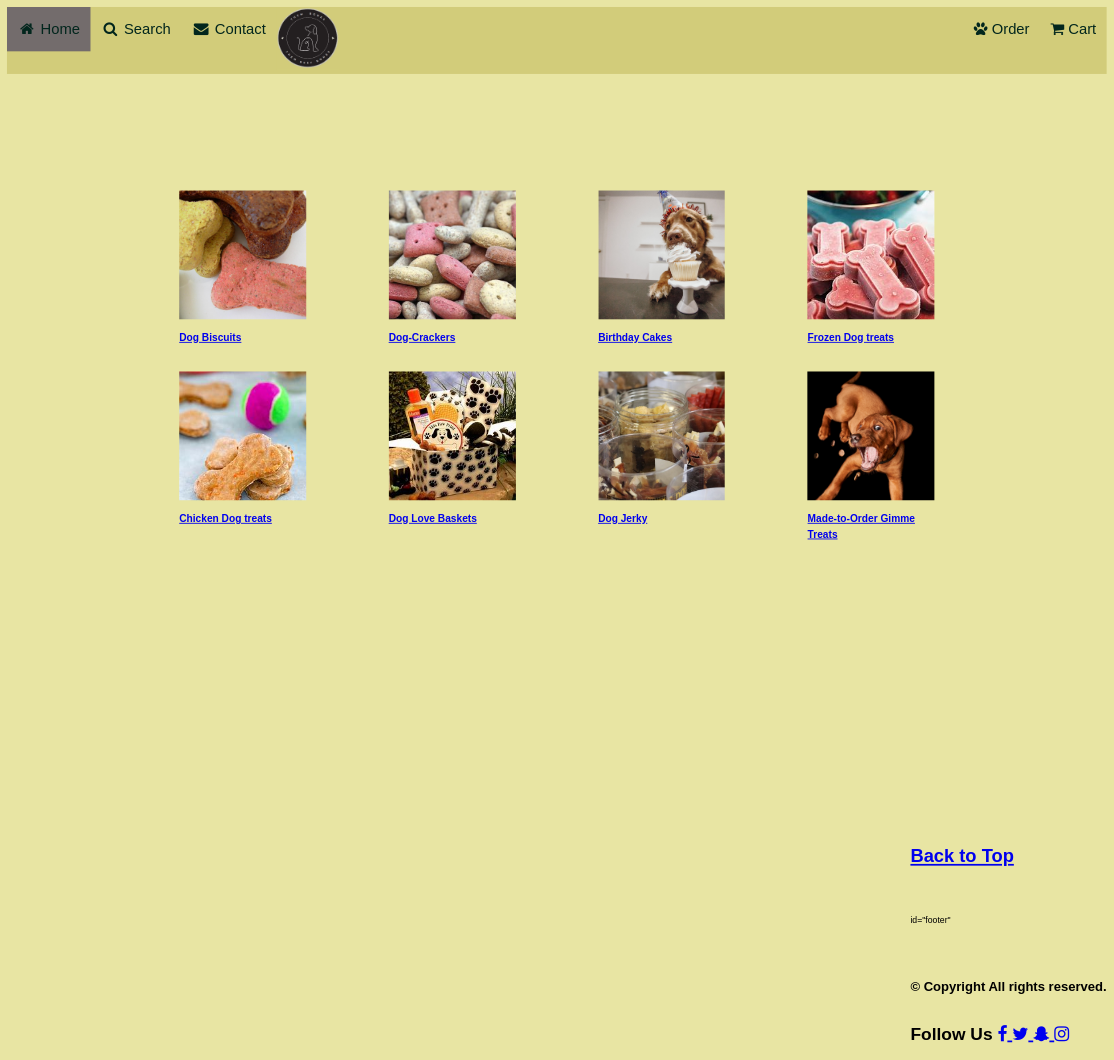
Repository: vgoins-RA2022/HTML-1
Page: index.html
The author's editor kept a copy of each file at every save. The page is drawn from the files as they stood at one save, then again after the next save.
The browser window is 1280 px wide. The pictures show the whole page, at 87% of full size.

Above is the page before, as saved 2023-01-21 18:46:00.

### index.html
<!DOCTYPE html>
<html lang="en">

<head>
  <meta charset="UTF-8">
  <meta name="viewport" content="width=device-width, initial-scale=1">
  <link rel="stylesheet" href="https://cdnjs.cloudflare.com/ajax/libs/font-awesome/4.7.0/css/font-awesome.min.css">
  <link rel="stylesheet" href="../HTML-1/src/css/Style.css" type="text/css">
  <title>Simple HTML Assignment 1</title>
</head>

<header>
    <!-- setup top navigator bar. position logo, home and contact navators on the left-->
    <div class="navbar" float: left>
      <img src="src/img/them-bones-logo.png" alt="them-bones-logo" class="logo" >
      <a class="active" href="#"><i class="fa fa-fw fa-home"></i> Home</a>
      <a href="#"><i class="fa fa-fw fa-search"></i> Search</a>
      <a href="#"><i class="fa fa-fw fa-envelope"></i> Contact</a>
      <!-- position order and cart navigators on the right -->
    <div class="right"><a href="#"><i class="fa fa-paw" aria-hidden="true"></i> Order</a>
    <div class="right"><a href="#"><i class="fa fa-shopping-cart" aria-hidden="true"></i> Cart</a>
    </div>
  </header>

<body>
  <div class="container">
     <!-- set of store gallery of self-contained items enclosed in the figure tags  -->
    <div class="gallery">

      <figure class="gallery__item gallery__item--1">
            <img src="src/img/animal-dog- biscuits.jpg" alt="animal-dog-biscuits" class="gallery__img" >
              <h3 class= image-text>
                <h3><a href="#">Dog Biscuits</a></h3>
              </h3>
        </figure>
        <figure class="gallery__item gallery__item--2">
            <img src="src/img/animal-dog- crackers.jpg" alt="animal-dog-crackers" class="gallery__img">
                <h3 class= image-text>
                  <h3><a href="#">Dog-Crackers</a></h3>
                </h3>

        </figure>
        <figure class="gallery__item gallery__item--3">
            <img src="src/img/dog-happy-birthday.jpg" alt="dog-happy-birthday" class="gallery__img">
              <h3 class= image-text></h3>
                <h3><a href="#">Birthday Cakes</a></h3>
               </h3>
        </figure>
        <figure class="gallery__item gallery__item--4">
            <img src="src/img/frozen-dog-treats.jpg" alt="frozen-dog-treats" class="gallery__img">
              <h3 class= image-text>
                 <h3><a href="#">Frozen Dog treats</a></h3>
              </h3>
        </figure>
        <figure class="gallery__item gallery__item--5">
            <img src="src/img/chicken-dog-treat.jpg" alt="chicken-dog-treats" class="gallery__img">
              <h3 class= image-text>
                <h3><a href="#">Chicken Dog treats</a></h3>
              </h3>
        </figure>
        <figure class="gallery__item gallery__item--6">
            <img src="src/img/doggy-love-basket.jpg" alt="doggy-love-basket" class="gallery__img">
            <h3 class= image-text>
            <h3><a href="#">Dog Love Baskets</a></h3>
            </h3>
        </figure>
        <figure class="gallery__item gallery__item--7">
            <img src="src/img/Dog-jerkey.png" alt="dog-jerky" class="gallery__img">
            <h3 class= image-text>
              <a href="#">Dog Jerky</a></h3>
            </h3>
        </figure>
        <figure class="gallery__item gallery__item--8">
          <img src="src/img/gimme-dog treats.jpg" alt="gimme-dog-treats" class="gallery__img">
          <h3 class= image-text>
            <a href="#">Made-to-Order Gimme Treats</a>
          </h3>
        </figure>

      </div>
  </div>

  <a href="#" class="button">
    <div class="right"><span class="label"><h3>Back to Top</h3></span>
  </a>
</body>

<footer>
  <div> id="footer"</div>  <!-- footer id attribute -->

  <!-- setup navigator bar in the footer of copywright and social media icons -->
  <div class="right"></div>
  <div id=</div>
  <p class="copyright"> <h2>&copy; Copyright All rights reserved.</h2> </p>
    <div class="left">
      <h1>Follow Us
      <a href="#"><i class="fa fa-facebook"></i> </a>
      <a href="#"><i class="fa fa-twitter"></i> </a>
      <a href="#"><i class="fa fa-snapchat-ghost"></i> </a>
      <a href="#"><i class="fa fa-instagram"></i> </a>
      </h1>
    </div>

  </footer>
</html>

### src/css/Style.css

/* align navigation bar items */
.left-menu {
  grid-column: 1;
}
.right-menu {
  grid-column: -1;
}
/* format logo position, width and height */
.logo {
  grid-column: 3;
  grid-area: logo;
  place-self: center;
  width: 10vh;
  height: 10vh;
  justify-self: center;
  background-color:#d2cc7a;
}

/* style the navigation bar */
.navbar a {
float: left;
padding-top: 70px;
padding: 12px;
color: #02261d;
text-decoration: none;
font-size: 17px;
}
/* set the size of the images */
img {
  width: 400px;
  height: 80px;
}
/* change color of navigation item when cursor hovers */
.navbar a:hover {
background-color: #8e8c8c;
}
.active {
background-color: #736c6c;
}
.left {
  float: left;
}

.right {
  float: right;
 }

.navbar a {
    float: left;
    display: block;
}

.navbar {
    width: 100%;
    background-color: #d2cc7a;
    overflow: auto;
}

.logo img {
    display: inline-block;
    vertical-align: top;
    width: 50px;
    height: 50px;
    margin-right: 20px;
    margin-top: 15px;
}



html {
  box-sizing: border-box;
  font-size: 62.5%;
}

body {
  font-family: "Nunito", sans-serif;
  background-color: rgba(216, 212, 98, 0.585);
  font-weight: 300;
  line-height: 1.6;
}

.container {
  width: 75%;
  margin: 2rem auto;
}

.gallery {
  display: grid;
  grid-template-columns: repeat(8, 1fr);
  grid-template-rows: repeat(8, 5vw);
  grid-gap: 1.5rem;
  row-gap: 40px;
}

.gallery__img {
  width: 100%;
  height: 100%;
  object-fit: cover;
  display: block;
}

.image-txt {
  margin: 3%;
  position: absolute;
  top: 20px;
  left: 50px;
}
/* set length and position of store gallery items */
.gallery__item--1 {
  grid-column: 1 / span 2;
  grid-row: 2 / span 2;
}
.gallery__item--2 {
  grid-column: 3 / span 2;
  grid-row: 2 / span 2;
}
.gallery__item--3 {
  grid-column: 5 / span 2;
  grid-row: 2 / span 2;
}
.gallery__item--4 {
  grid-column: 7 / span 2;
  grid-row: 2 / span 2;
}
.gallery__item--5 {
  grid-column: 1 / span 2;
  grid-row: 4 / span 2;
}
.gallery__item--6 {
  grid-column: 3 / span 2;
  grid-row: 4 / span 2;
}
.gallery__item--7 {
  grid-column: 5 / span 2;
  grid-row: 4 / span 2;
}
.gallery__item--8 {
  grid-column: 7 / span 2;
  grid-row: 4 / span 2;
}
/* Style the button */
.button {
  outline: none;
  padding: 10px 16px;

  cursor: pointer;
  font-size: 18px;
}


.button:hover {
  background-color: #ddd;
}

.button.active {
  background-color: #666;
  color: white;
}

.footer {
  background: #061D25;
  padding: 10px 0;
}
.footer a {
  color: #70726F;
  font-size: 20px;
  padding: 10px;
  border-right: 1px solid #70726F;
  transition: all .5s ease;
}
.flex-container {
  display: flex;
  background: #d2cc7a;
}

.copyright{
  text-align: center;
  padding-top: 24px;
  font-weight: 500;
  opacity: 0.8;
  font-size: 16px;
}
@media (max-width: 767px) {

    .h6{
      margin: 0 auto;
      text-align: center;
      margin-top: 10px;
      margin-bottom: 10px;
    }
    .ul{
      text-align: center;
    }
    .social{
        width: 100%;
        margin: 0 auto;
        text-align: center;
        padding: 40px;
        padding-bottom: 0px;
        border-top: 1px solid #eee;
        margin-top: 50px;
    }

  }

After the next save:
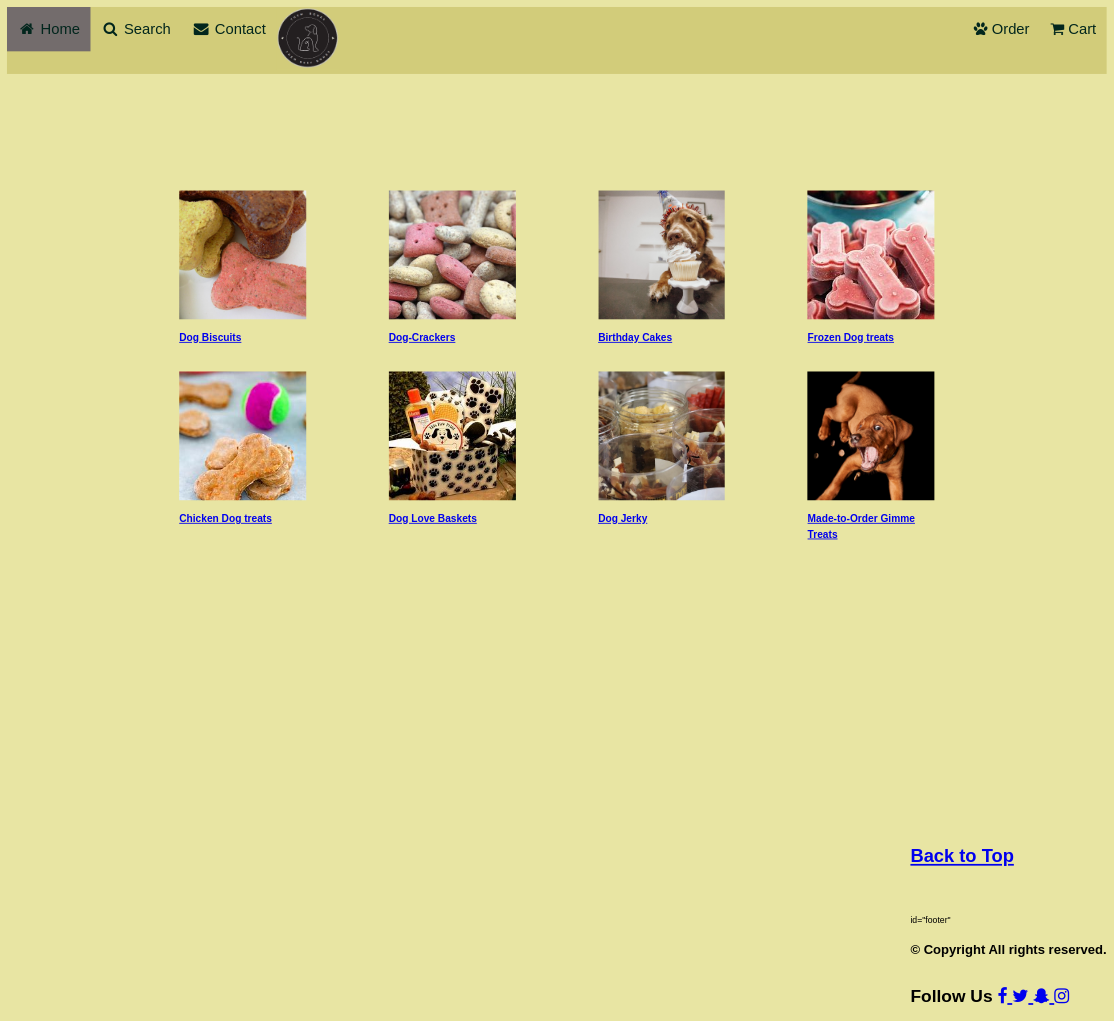
Saved 5 s later.
--- a/index.html
+++ b/index.html
@@ -90,7 +90,7 @@
 
   <!-- setup navigator bar in the footer of copywright and social media icons -->
   <div class="right"></div>
-  <div id=</div>
+  <div id="footer</div>
   <p class="copyright"> <h2>&copy; Copyright All rights reserved.</h2> </p>
     <div class="left">
       <h1>Follow Us

After the 3 saves that followed:
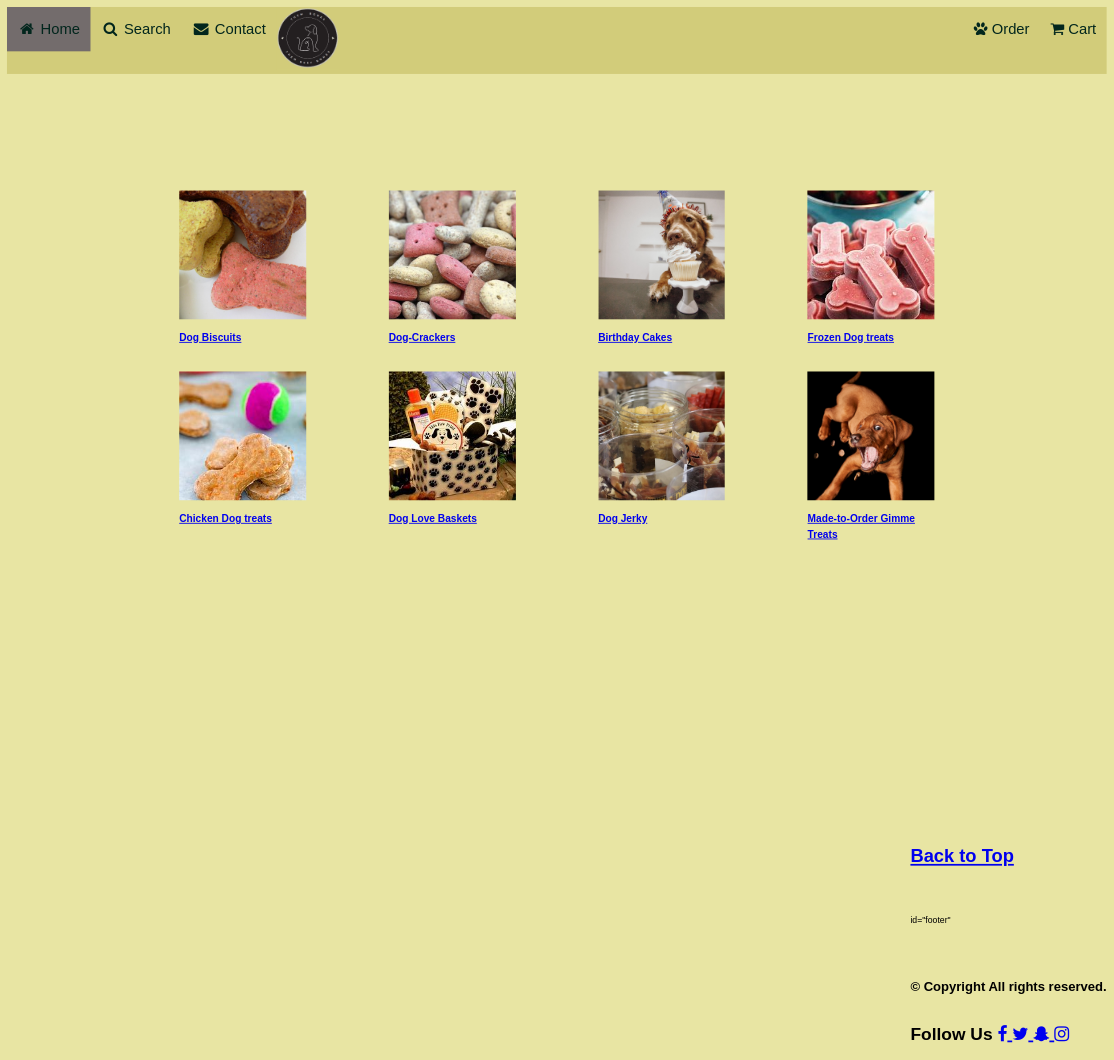
The 3 saves are shown as one change because they came seconds apart.
The last was saved 10 s later.
--- a/index.html
+++ b/index.html
@@ -90,7 +90,7 @@
 
   <!-- setup navigator bar in the footer of copywright and social media icons -->
   <div class="right"></div>
-  <div id="footer</div>
+  <div id="footer">
   <p class="copyright"> <h2>&copy; Copyright All rights reserved.</h2> </p>
     <div class="left">
       <h1>Follow Us
